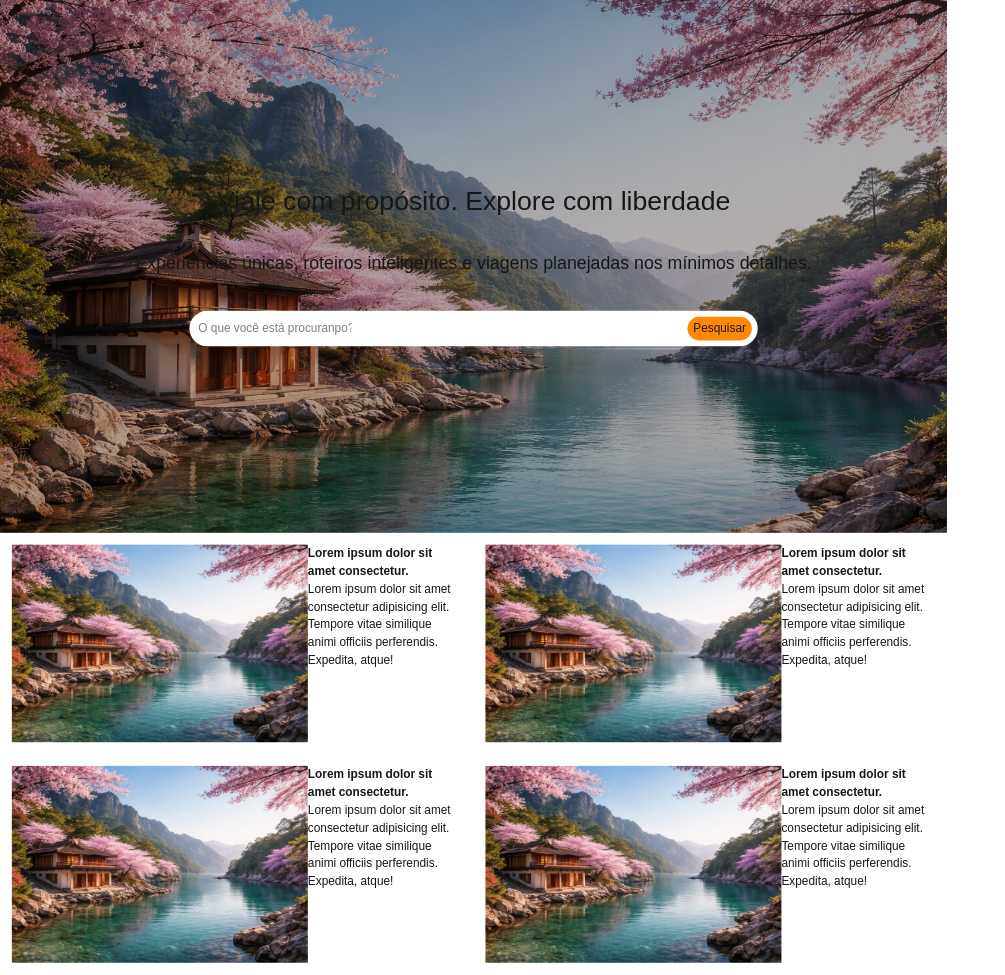
Repository: pedroantoniosi/tripicon-site
Page: /home
The author's editor kept a copy of each file at every save. The page is drawn from the files as they stood at one save, then again after the next save.
The browser window is 1280 px wide. The page is 1280 px wide, then 1358 px, then 1280 px, so the pictures cover 1358 px, including what lies to the right of the window. The pictures show the whole page, at 74% of full size.
The project was rebuilt for these pictures with package versions that can differ from the ones it lists, and the page was loaded fresh each time. The framework's server and built-in components were replaced by stand-ins that run in the browser. Also part of the build but not shown: next.config.ts.

Above is the page before, as saved 2026-04-01 13:26:24.

After the next save:
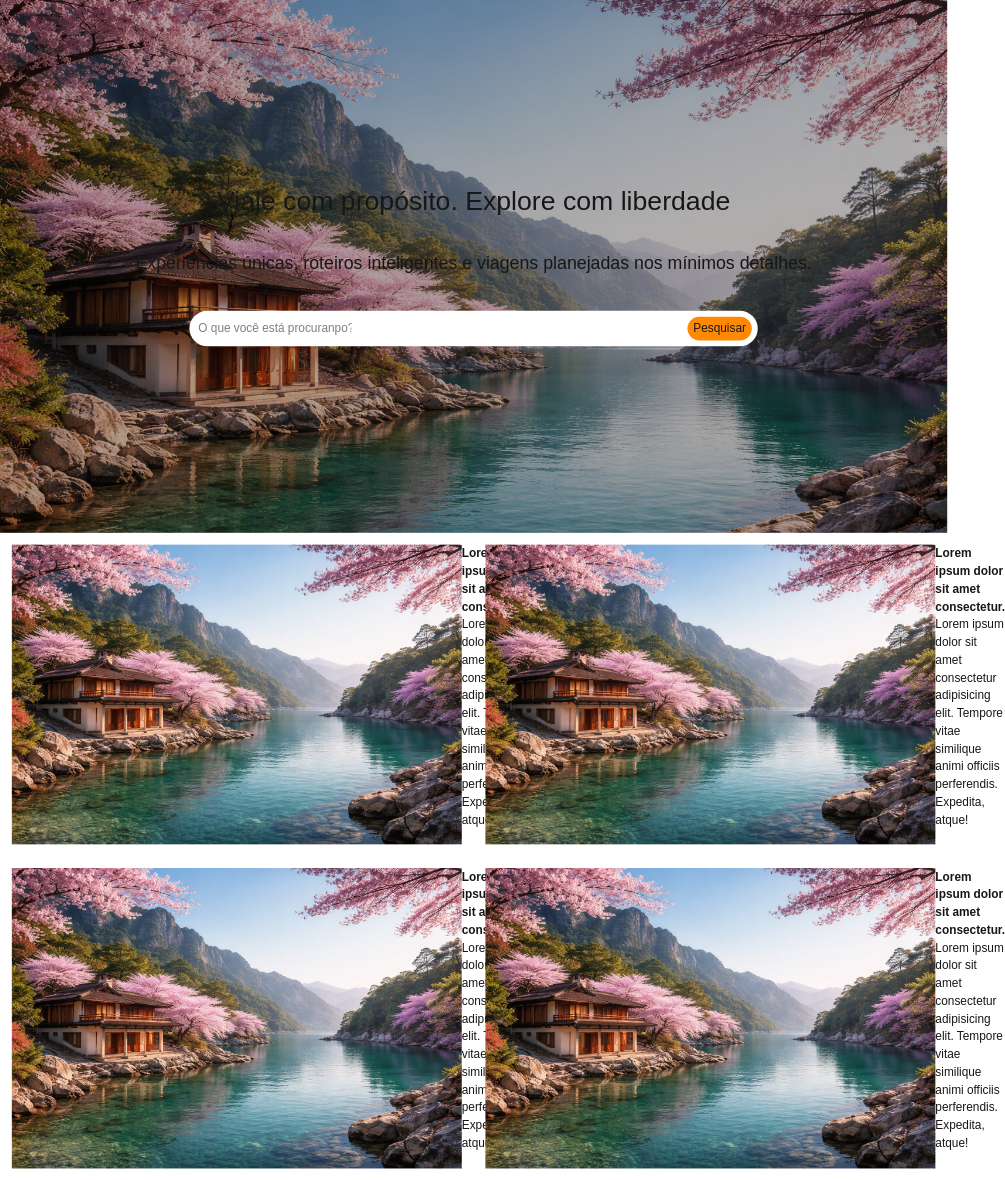
Saved 9 min 21 s later.
--- a/src/app/home/page.tsx
+++ b/src/app/home/page.tsx
@@ -21,7 +21,7 @@
         {Array.from({ length: 4 }).map((_, index) => (
           <div key={index} className="flex">
             <img
-              className="max-w-[12.5] lg:max-w-[400px]"
+              className="max-w-[12.5] lg:max-w-[12.5]"
               src="/images/banner.png"
               alt=""
             />

After the 2 saves that followed:
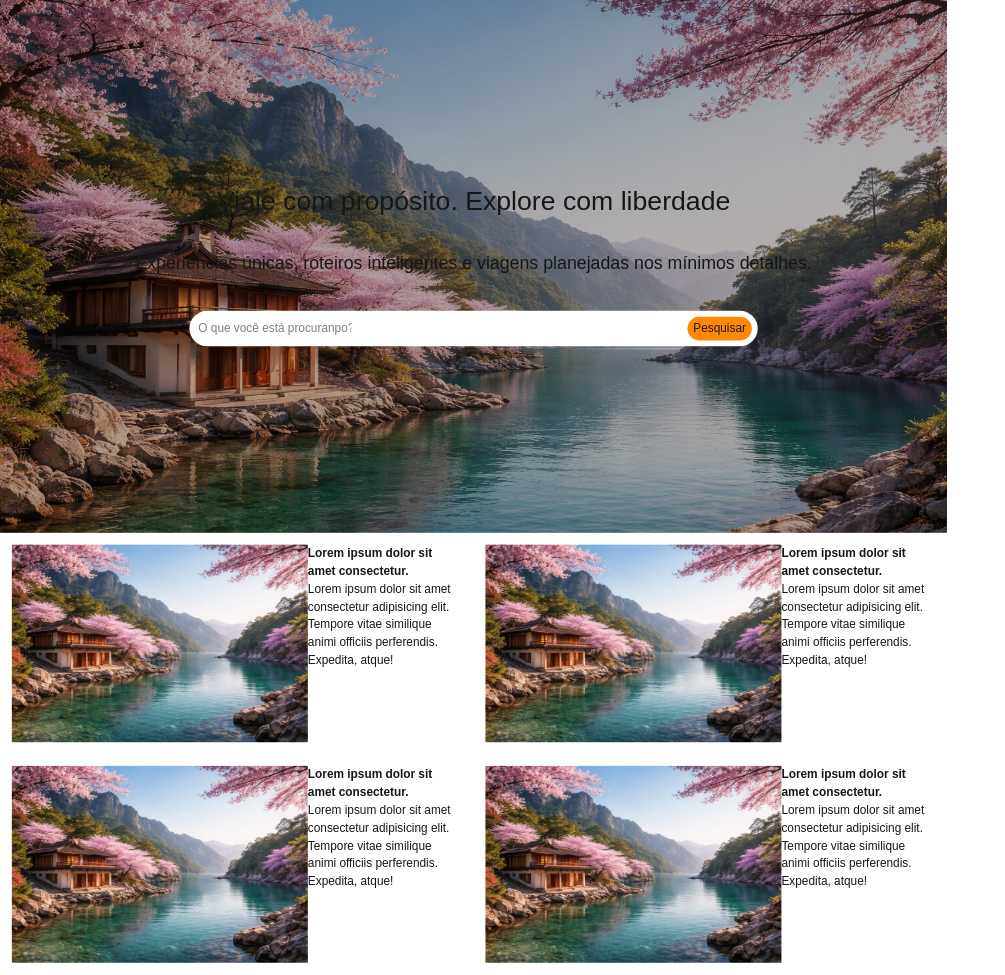
The 2 saves are shown as one change because 1 left the picture as it was.
The last was saved 21 s later.
--- a/src/app/home/page.tsx
+++ b/src/app/home/page.tsx
@@ -21,7 +21,7 @@
         {Array.from({ length: 4 }).map((_, index) => (
           <div key={index} className="flex">
             <img
-              className="max-w-[12.5] lg:max-w-[12.5]"
+              className="max-w-[80px] lg:max-w-[400px]"
               src="/images/banner.png"
               alt=""
             />
